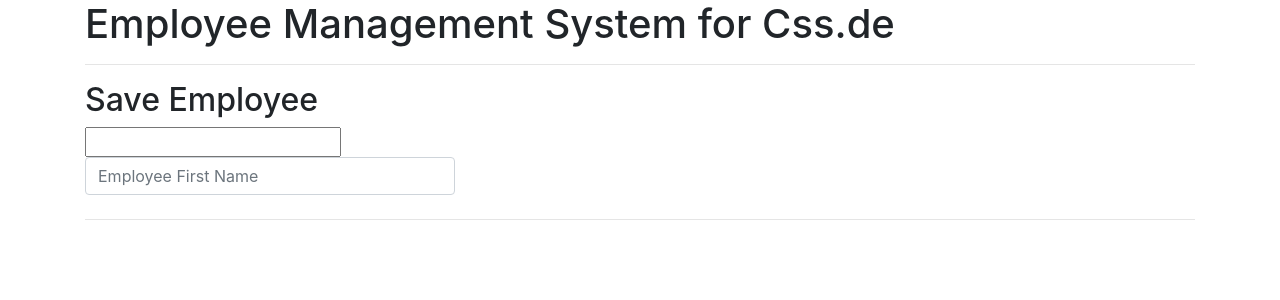
Repository: Len2/Topic4
Page: src/main/resources/templates/newIdCard.html
The author's editor kept a copy of each file at every save. The page is drawn from the files as they stood at one save, then again after a run of saves.
The browser window is 1280 px wide. The pictures show the whole page.

Above is the page before, as saved 2020-09-06 17:09:44.

After the next 2 saves:
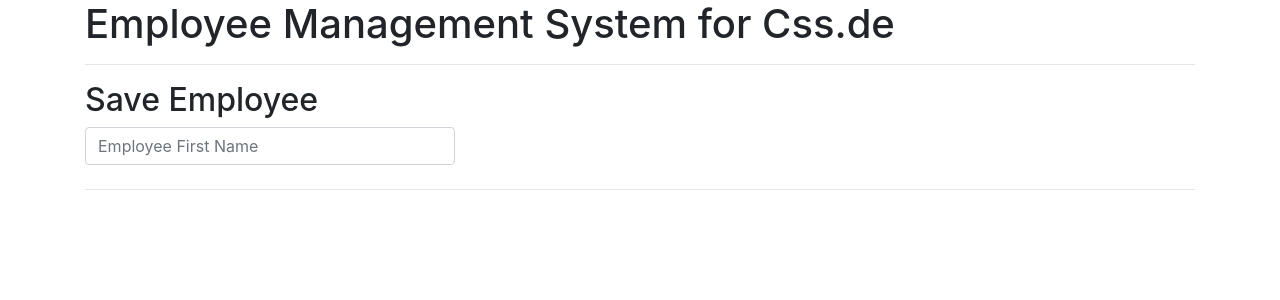
The 2 saves are shown as one change because they came seconds apart.
The last was saved 19 s later.
--- a/src/main/resources/templates/newIdCard.html
+++ b/src/main/resources/templates/newIdCard.html
@@ -17,8 +17,8 @@
 		<form action="#" th:action="@{/saveIdCard}" th:object="${identity_card}"
             method="POST">
 
-            <input type="text" th:field="*{id}" />
-			<input type="text" th:field="*{firstName}"
+            <!-- <input type="text" th:field="*{id}" /> -->
+			<input type="text" th:field="*{id}"
 				placeholder="Employee First Name" class="form-control mb-4 col-4">
 
 				<!-- <input type="text" th:field="*{lastName}"
